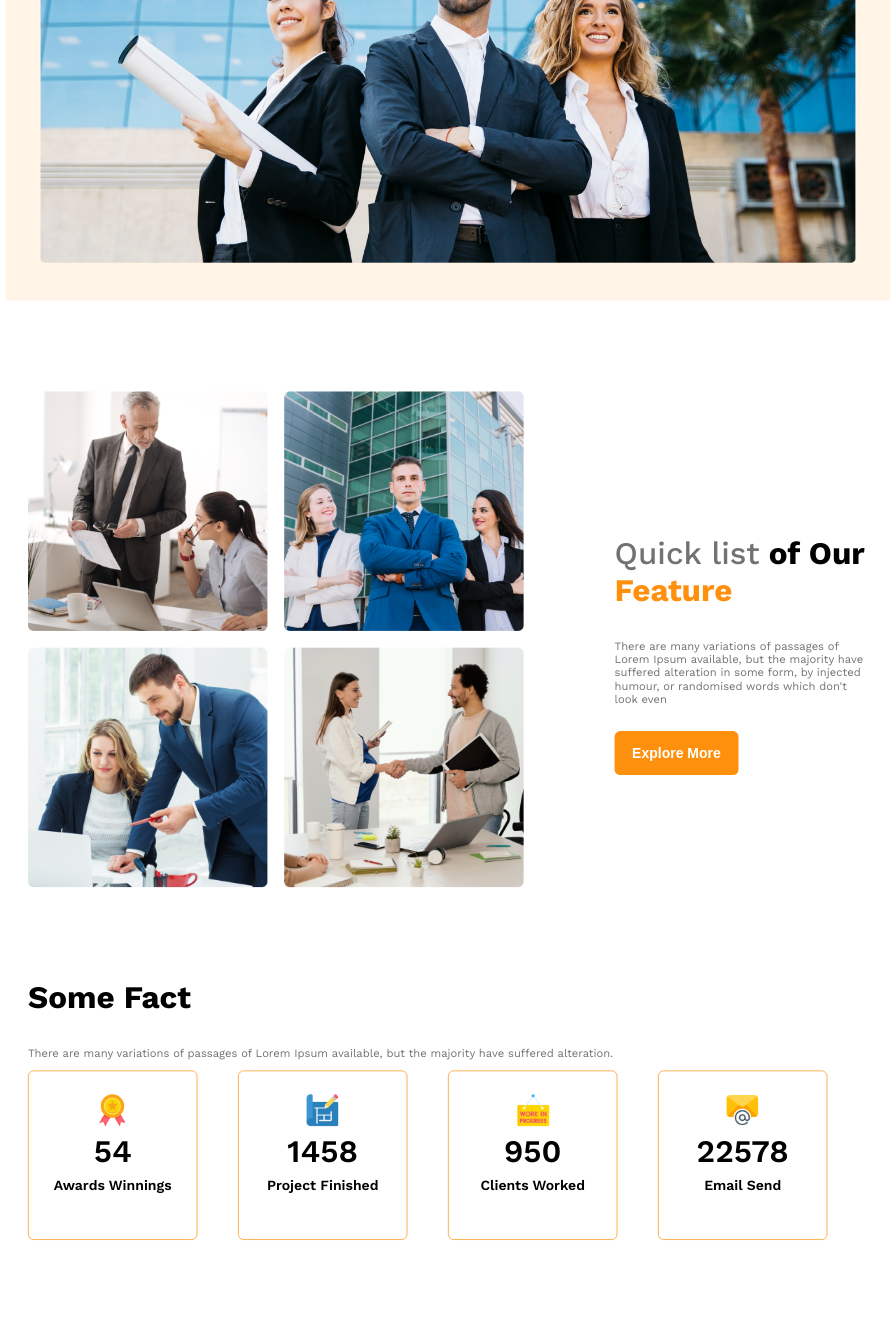
Repository: dollyrakhe22/g3-architects-website
Page: index.html
An editor plug-in stored every save of this project. The page is shown before and after the next save, followed by the edit.
The browser window is 1280 px wide. The pictures show the part of the page from y = 786 to 2706 px (the page is 2687 px tall before and 2706 px after), at 70% of full size.

Above is the page before, as saved 2025-07-22 08:17:07.

### index.html
<!DOCTYPE html>
<html lang="en">
<head>
    <meta charset="UTF-8">
    <meta name="viewport" content="width=device-width, initial-scale=1.0">
    <title>Architects Website</title>
    <link rel="stylesheet" href="style.css">
</head>
<body class="work-sans-font">
   <header>
     <header class="bg-light">
           <nav class="navbar  display-flex">
             <h3 class="brand">G3 Architects</h3>
             <ul class="nav-links display-flex">
              <li class="nav-item"><a href="" class="nav-link text-gray ">Home</a></li>
              <li class="nav-item"><a href="" class="nav-link text-gray ">About</a></li>
              <li class="nav-item"><a href="" class="nav-link text-gray ">Contact Us</a></li>
              <li class="nav-item"><a href="" class="nav-link text-gray ">Login</a></li>
             </ul>
           </nav>
           <div class="banner">
          <div class="banner-content">
              <h1 class="banner-title">Brand New Group of Architects </h1>
              <p class="banner-description">There are many variations of passages of Lorem Ipsum available, but the majority have suffered alteration in some form, by injected humour,
              or randomised words which don't look even</p>
            <button class="btn-primary">Explore More</button>
          </div>
            <img class="banner-img" src="images/banner.png" alt="" srcset="">
           </div>
    </header>

   <main>
    <section class="teams display-flex">
      <div class="team-img-container">
      <img src="images/team1.png" alt="" srcset="">
      <img src="images/team2.png" alt="" srcset="">
      <img src="images/team3.png" alt="" srcset="">
      <img src="images/team4.png" alt="" srcset="">
      </div>
      <div class="our-features">
          <h3 class="section-title"><span id="quick-list" class="text-light-gray">Quick list</span> of Our <span class="text-primary">Feature</span></h3>
           <p class="feature-description  text-light-gray">There are many variations of passages of Lorem Ipsum available, but the majority have suffered alteration in some form, by injected humour,
             or randomised words which don't look even</p>
             <button class="btn-primary">Explore More</button>
      </div>
    </section>
    <!--feature will enjoy-->
      <section>
        <h3 class="section-title">Some Fact</h3>
        <p class="text-light-gray">There are many variations of passages of Lorem Ipsum available,
           but the majority have suffered alteration.</p>
           <div class="fact-container">
              <!--.fact*4>img.fact-icon+h4.fact-number+h5.fact-name-->
              <div class="fact-card display-flex">
               <div>
                 <img src="images/icons/ribon.png" alt="" class="fact-icon">
                <h4 class="fact-number">54</h4>
                <h5 class="fact-name">Awards Winnings</h5>
               </div>
              </div>
              <div class="fact-card display-flex">
               <div>
                 <img src="images/icons/projects.png" alt="" class="fact-icon">
                <h4 class="fact-number">1458</h4>
                <h5 class="fact-name">Project Finished</h5>
               </div>
              </div>
              <div class="fact-card display-flex">
              <div>
                <img src="images/icons/customers.png" alt="" class="fact-icon">
                <h4 class="fact-number">950</h4>
                <h5 class="fact-name">Clients Worked </h5>
              </div>
              </div>
              <div class="fact-card display-flex">
               <div>
                 <img src="images/icons/email.png" alt="" class="fact-icon">
                <h4 class="fact-number">22578</h4>
                <h5 class="fact-name">Email Send</h5>
               </div>
              </div>
           </div>

      </section>
      <!--Some fact-->
      <section class="some-fact">

      </section>
   </main>
    <footer>

    </footer>
</body>
</html>

### style.css
@import url('https://fonts.googleapis.com/css2?family=Work+Sans:ital,wght@0,100..900;1,100..900&display=swap');

.work-sans-font {
  font-family: "Work Sans", sans-serif;
  font-optical-sizing: auto;
  font-weight: 400px;
  font-style: normal;
}
/*shared styles*/
.display-flex{
  display: flex;
}
/*dark 02*/
.text-gray{
  color: #424242;
}
/*dark 03*/
.text-light-gray{
  color:#727272;
}
.text-primary{
  color:#FF900E;
}
.navbar{
  justify-content: space-between;
  align-items: center;
}
.bg-light{
  background-color: rgba(255, 144, 14, 0.1);
}
.brand{
  font-weight: 700;
  font-size: 3rem;
}
.section-title{
  font-size: 2.8rem;
  font-weight: 700;
}
/*header styles*/
/*main*/
main{
  max-width: 1200px;
  margin: 0 auto;
}
main> section{
  margin-top: 130px;
}
/*navbar related styles*/
.navbar{
  display: flex;
}
.nav-item{
  list-style: none;
  margin-right: 30px;
}
.nav-link{
  text-decoration: none;
  font-size: 500;
}
.navbar,.banner {
  max-width: 1200px;
  margin: 0 auto;

}


/*banner related styles*/
.banner-content{
  max-width: 800px;
  margin: 0 auto;
  text-align: center;
  margin-bottom: 20px;

}
.banner{
  padding: 50px;

}
.banner-img{
  width: 100%;
}
.banner-title{
  font-weight: 700;
  font-size: 4rem;
}
.banner-description{
  font-size: 13px;


}
.btn-primary{
  background-color: #FF900E;
  color: white;
  padding: 20px 25px;
  font-size: 1.25rem;
  font-weight: 600;
  border:none;
  border-radius: 8px;
  margin-top: 20px;
  margin-top: 20px;

}
/*team work and features style*/
.teams{
  align-items: center;
}
.team-img-container{
   display: grid;
  grid-template-columns: repeat(2, 1fr);
  gap: 24px;
}
.our-features{
  margin-left: 130px;
  max-width: 530px;
}

#quick-list{
  font-weight: 500;
}
.feature{
  color:#FF900E;
}
/*Some fact */
.fact-container{
  display: grid;
  grid-template-columns: repeat(4,1fr);
}
.fact-card{
   border: 1px solid #FF900E;
   width: 240px;
   height: 240px;
   border-radius: 8px;
   text-align: center;
   align-items: center;
   justify-content: center;
}
.fact-number{
  font-size: 2.8rem;
  font-weight: 600;
  margin-top: 5px;
  margin-bottom: 10px;
}
.fact-name{
  font-size: 1.25rem;
  font-weight: 600;
  margin-top: 10px;
}




/*responsive media query*/
@media screen and (max-width: 576px){
  .navbar, .nav-link, .teams{
    flex-direction: column;
  }
.team-img-container{
  grid-template-columns: repeat(1, 1fr);

}
.our-features{
  margin-left: 10px;
}
}
/*medium device*/
@media  screen and (min-width:576px) and (max-width:992px){
  .teams{
    flex-direction: column;
  }
  .our-features{
    margin: 50px auto;
  }
}

After the next save:
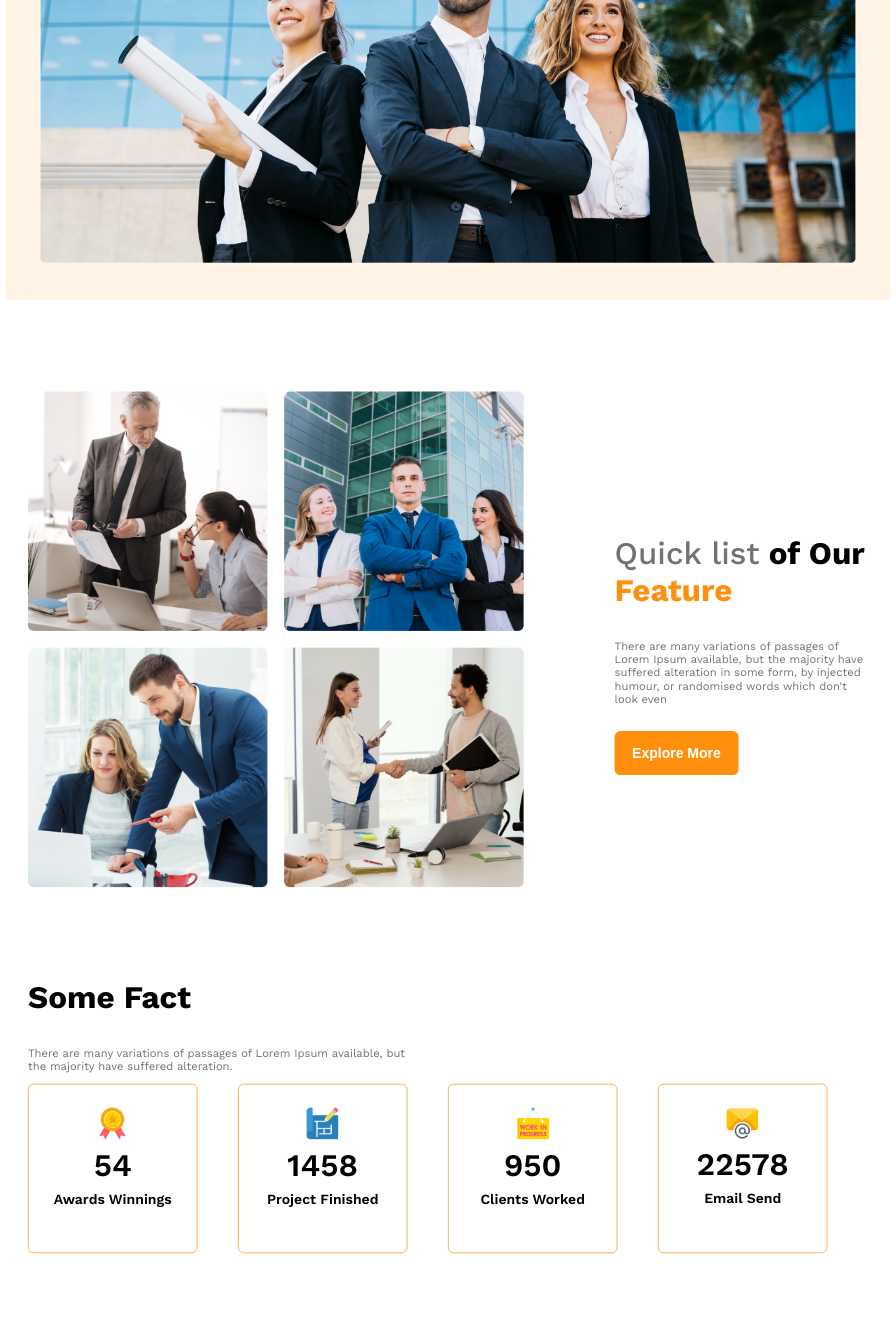
Saved 59 min 43 s later.
--- a/index.html
+++ b/index.html
@@ -47,7 +47,7 @@
     <!--feature will enjoy-->
       <section>
         <h3 class="section-title">Some Fact</h3>
-        <p class="text-light-gray">There are many variations of passages of Lorem Ipsum available,
+        <p class="text-light-gray fact-description">There are many variations of passages of Lorem Ipsum available,
            but the majority have suffered alteration.</p>
            <div class="fact-container">
               <!--.fact*4>img.fact-icon+h4.fact-number+h5.fact-name-->
--- a/style.css
+++ b/style.css
@@ -145,7 +145,9 @@ main> section{
   font-weight: 600;
   margin-top: 10px;
 }
-
+.fact-description{
+  max-width: 540px;
+}
 
 
 
